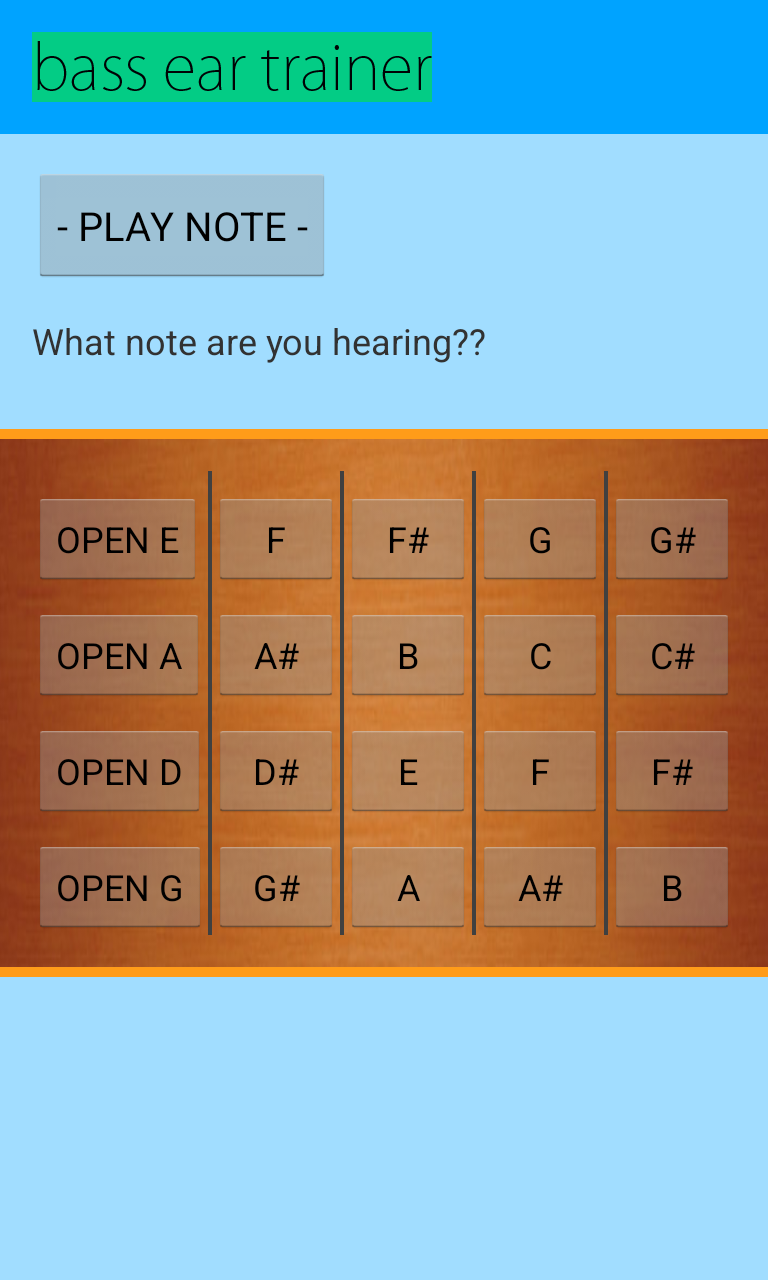
Repository: elliott-ribner/android-guitar-trainer
Layout: randomnotegenerator/res/layout/activity_main.xml
The author's editor kept a copy of each file at every save. The layout is drawn from the files as they stood at one save, then again after the next save.
It is drawn on a 768 x 1280 px phone screen (xhdpi) without system bars, with theme AppTheme; the app's code is not run.

Above is the layout before, as saved 2014-06-15 18:56:22.

After the next save:
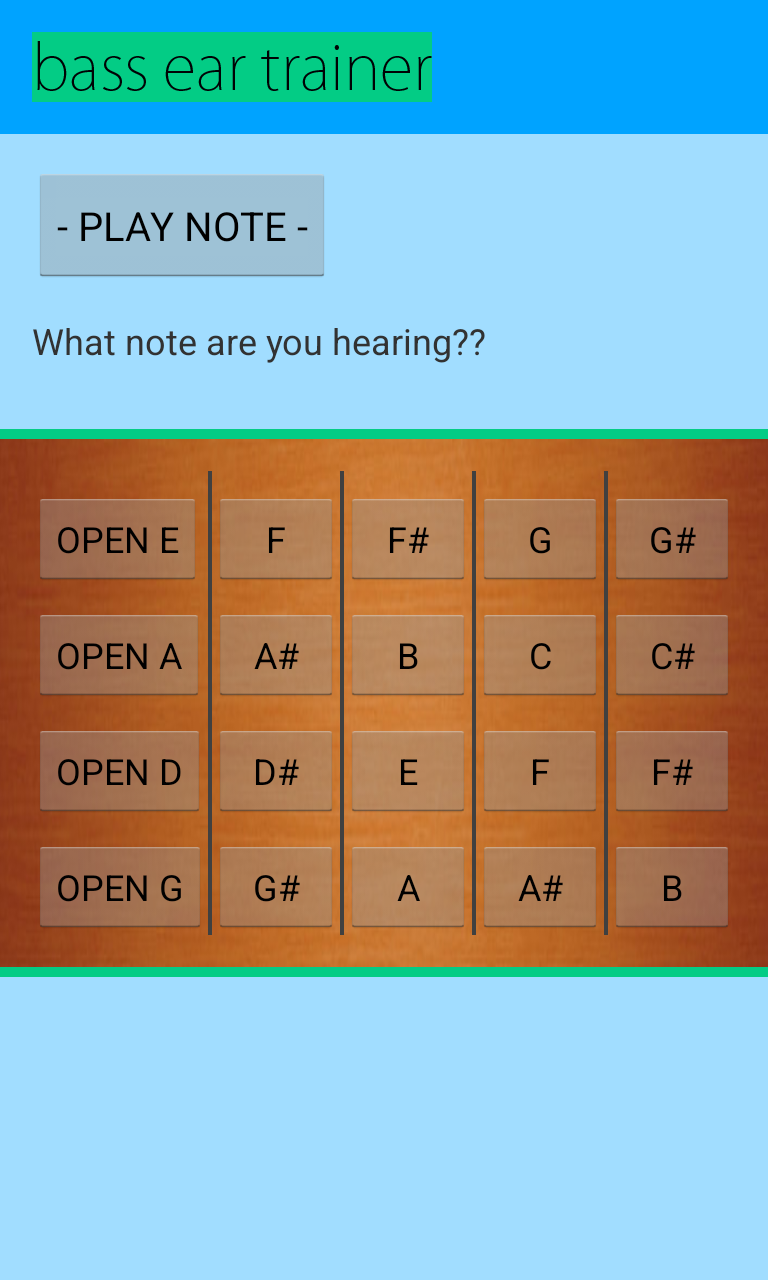
Saved 11 min 45 s later.
--- a/randomnotegenerator/res/layout/activity_main.xml
+++ b/randomnotegenerator/res/layout/activity_main.xml
@@ -56,7 +56,7 @@
     <LinearLayout
         android:layout_width="fill_parent"
         android:layout_height="5dip"
-        android:background="#FF9C19"
+        android:background="#03cc85"
         android:paddingBottom="@dimen/activity_vertical_margin"
         android:paddingLeft="@dimen/activity_horizontal_margin"
         android:paddingRight="@dimen/activity_horizontal_margin"
@@ -266,7 +266,7 @@
     <LinearLayout
         android:layout_width="fill_parent"
         android:layout_height="5dip"
-        android:background="#FF9C19"
+        android:background="#03cc85"
         android:paddingBottom="@dimen/activity_vertical_margin"
         android:paddingLeft="@dimen/activity_horizontal_margin"
         android:paddingRight="@dimen/activity_horizontal_margin"
